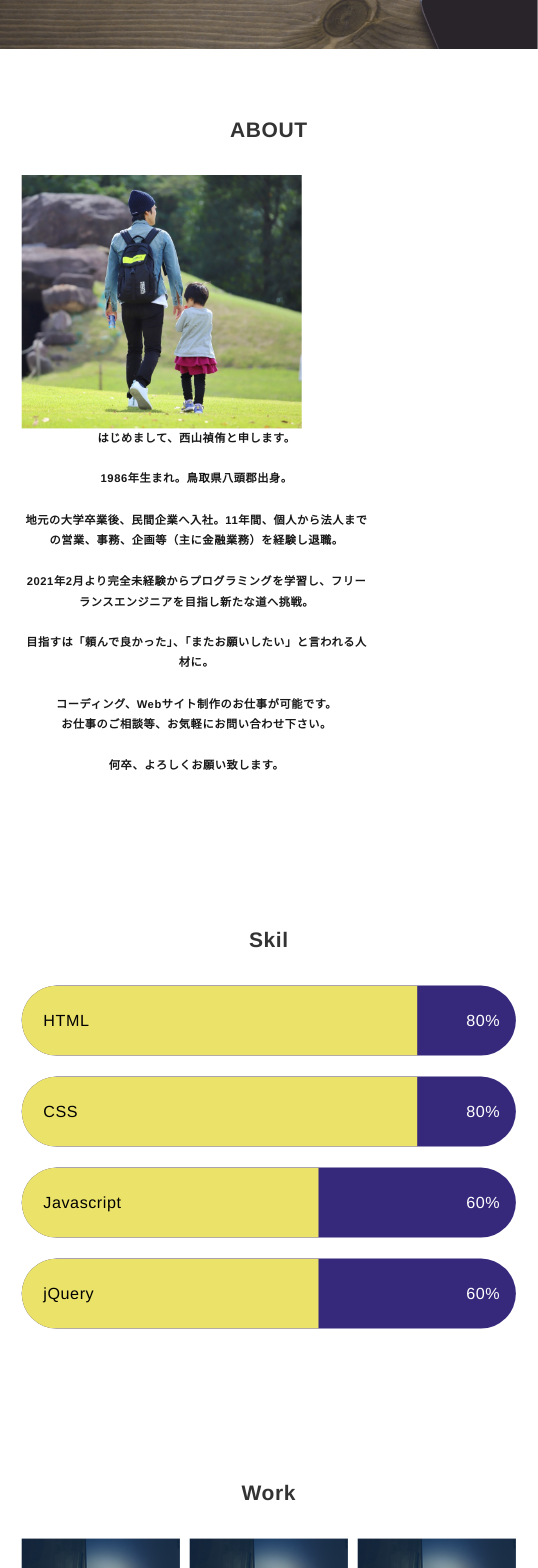
Repository: sadayuki15/portfolio
Page: index.html
An editor plug-in stored every save of this project. The page is shown before and after a run of saves, followed by the edit.
The browser window is 768 px wide. The pictures show the part of the page from y = 730 to 2970 px (the page is 4125 px tall before and 4402 px after), at 70% of full size.

Above is the page before, as saved 2021-04-26 14:28:52.

### index.html
<!DOCTYPE html>
<html lang="ja">
<head>
  <meta charset="UTF-8">
  <meta http-equiv="X-UA-Compatible" content="IE=edge">
  <meta name="viewport" content="width=device-width, initial-scale=1.0">
  <link rel="stylesheet" href="./css/reset.css">
  <link rel="stylesheet" href="./css/style.css">
  <title>Document</title>
</head>
<body>
  <!-- header -->
  <header class="header">
    <div class="header-inner">
      <h1 class="header-title">PortFolio</h1>
      <nav class="header-nav">
        <ul class="nav-list">
          <li class="nav-item"><a href="#">Home</a></li>
          <li class="nav-item"><a href="#">About</a></li>
          <li class="nav-item"><a href="#">Skil</a></li>
          <li class="nav-item"><a href="#">Work</a></li>
          <li class="nav-item"><a href="#">Contact</a></li>
        </ul>
      </nav>
      <button id="burger-btn">
        <span class="bar bar_top"></span>
        <span class="bar bar_mid"></span>
        <span class="bar bar_bottom"></span>
      </button>
    </div>
  </header>
  <!-- //header -->

  <main>
  <!-- fv -->
  <div class="fv">
    <div class="main-copy">
      <p class="main-title">
        SADAYUKI<br>
        NISIYAMA
      </p>
    </div>
  </div>
  <!-- //fv -->

  <!-- About -->
  <div class="section-wrapper">
    <h2 class="section-title">ABOUT</h2>
    <div class="section-inner about">
      <div class="about-img-wrapper">
        <img calss="ab-img" src="./img/about3.jpg" alt="">
      </div>
      <div class="about-contents">
        <p class="about-text">
          はじめまして、西山禎侑と申します。
        </p>
        <p class="about-text">
          1986年生まれ。鳥取県八頭郡出身。
        </p>
        <p class="about-text">
          地元の大学卒業後、民間企業へ入社。11年間、個人から法人までの営業、事務、企画等（主に金融業務）を経験し退職。
        </p>
        <p class="about-text">
          2021年2月より完全未経験からプログラミングを学習し、フリーランスエンジニアを目指し新たな道へ挑戦。
        </p>
        <p class="about-text">
          目指すは「頼んで良かった」、「またお願いしたい」と言われる人材に。
        </p>
        <p class="about-text">
          コーディング、Webサイト制作のお仕事が可能です。<br>
          お仕事のご相談等、お気軽にお問い合わせ下さい。
        </p>
        <p class="about-text">
          何卒、よろしくお願い致します。
        </p>
      </div>
    </div>
  </div>
  <!-- //About -->

  <!-- skil -->
  <div class="section-wrapper">
    <h2 class="section-title">Skil</h2>
    <div class="section-inner">
      <div class="chart">
        <div id="board">
          <div class="row">
            <span class="label">HTML</span>
            <div class="bar-wrap">
              <div class="bar" data-value="80"></div>
            </div>
            <span class="number">80%</span>
          </div><!-- row -->
          <div class="row">
            <span class="label">CSS</span>
            <div class="bar-wrap">
              <div class="bar" data-value="80"></div>
            </div>
            <span class="number">80%</span>
          </div><!-- row -->
          <div class="row">
            <span class="label">Javascript</span>
            <div class="bar-wrap">
              <div class="bar" data-value="60"></div>
            </div>
            <span class="number">60%</span>
          </div><!-- row -->
          <div class="row">
            <span class="label">jQuery</span>
            <div class="bar-wrap">
              <div class="bar" data-value="60"></div>
            </div>
            <span class="number">60%</span>
          </div><!-- row -->
        </div><!-- board -->
      </div><!-- chart -->
    </div>
  </div>
  <!-- //skil -->

  <!-- works -->
  <div class="section-wrapper">
    <h2 class="section-title">Work</h2>
    <div class="section-inner">
      <ul class="work-list">
        <li class="work-item">
          <a href="">
            <div class="work-img">
              <img src="./img/top2.jpg" alt="">
            </div>
            <p class="work-text">テキストが入ります。テキストが入ります。テキストが入ります。</p>
          </a>
        </li>
        <li class="work-item">
          <a href="">
            <div class="work-img">
              <img src="./img/top2.jpg" alt="">
            </div>
            <p class="work-text">テキストが入ります。テキストが入ります。テキストが入ります。テキストが入ります。</p>
          </a>
        </li>
        <li class="work-item">
          <a href="">
            <div class="work-img">
              <img src="./img/top2.jpg" alt="">
            </div>
            <p class="work-text">テキストが入ります。テキストが入ります。テキストが入ります。テキストが入ります。テキストが入ります。</p>
          </a>
        </li>
      </ul>
    </div>
  </div>
  <!-- //works -->

  <!-- contact -->
  <div class="section-wrapper">
    <h2 class="section-title">Contact</h2>
    <div class="section-inner">
      <form action="https://docs.google.com/forms/u/0/d/e/1FAIpQLSfCjsqzzj8C34UUE0Mi2WnerATBCsd4cWR83YcoPwhWItEpFQ/formResponse">
        <ul class="contact-list">
          <li class="contact-item">
            <label for="name" class="contact-label">お名前</label>
          </li>
          <li class="contact-item">
            <input id="name" class="input-text" type="text" name="entry.32834570" placeholder="制作太郎">
          </li>
        </ul>
        <ul class="contact-list">
          <li class="contact-item">
            <label for="name" class="contact-label">フリガナ</label>
          </li>
          <li class="contact-item">
            <input id="name" class="input-text" type="text" name="entry.382189680" placeholder="フリガナ">
          </li>
        </ul>
        <ul class="contact-list">
          <li class="contact-item">
            <label for="email" class="contact-label">メールアドレス</label>
          </li>
          <li class="contact-item">
            <input id="email" class="input-text" type="text" name="entry.303714741" placeholder="example@mail.co.jp">
          </li>
        </ul>
        <ul class="contact-list">
          <li class="contact-item">
            <label for="msg" class="contact-label">お問い合わせ内容</label>
          </li>
          <li class="contact-item">
            <textarea id="msg" name="entry.1496098719" placeholder="お気軽にお問い合わせください。"></textarea>
          </li>
        </ul>
        <div class="contact-btn">
          <button class="submit-btn" type="submit" name="button" value="送信">送信する</button>
        </div>
      </form>
    </div>
  </div>
  <!-- //contact -->







  </main>



  <script src="jquery-3.6.0.min.js"></script>
  <script src="index.js"></script>
</body>
</html>

### css/style.css
html {
  font-size: 62.5%;
}
body {
  font-size: 1.6rem;
  letter-spacing: .05em;
  color: #171717;
  font-family: Helvetica, '游ゴシック', 'Yu Gothic', YuGothic, HiraKakuProN-W3, 'メイリオ', Meiryo, sans-serif;
}
ul {
  text-decoration: none;
}
li {
  list-style: none;
}
a {
  text-decoration: none;
}
img {
  width: 100%;
  vertical-align: bottom;
}
/*-------共通-------*/
.section-wrapper {
  padding: 100px 0 100px;
  margin-bottom: 50px;
}
.section-title{
  max-width: 1000px;
  color: #333;
  font-size: 6rem;
  margin: 0 auto 80px;
  padding: 0 30px;
  text-align: center;
}
.section-inner {
  max-width: 1000px;
  margin: 0 auto;
  padding: 0 50px;
}


/*-------header-------*/
.header {
  width: 100%;
  padding: 19px 30px;
  position: absolute;
  top: 0;
  left: 0;
  z-index: 1;
  transition: .3s;
  color: #fff;
  box-sizing: border-box;
}
.header-inner {
  max-width: 1200px;
  margin: 0 auto;
  display: flex;
  justify-content: space-between;
  align-items: center;
  box-sizing: border-box;
}
.header-title {
  font-size: 2.6rem;
}
.nav-list {
  display: flex;
}
.nav-item a {
  display: block;
  color: #fff;
  font-weight: bold;
  text-decoration: none;
  transition: .3s;
}
.nav-item {
  margin-right: 30px;
}
.nav-item:last-of-type {
  margin-right: 0;
}
.nav-item a:hover {
  opacity: .7;
  transition: .3s;
  text-decoration: 3px underline;
}
#burger-btn {
  display: none;
}

/*-------fv-------*/
.fv {
  width: 100%;
  height: 100vh;
  min-height: 550px;
  background-image: url(../img/fv-top.jpg);
  background-size: cover;
  background-position: center;
  /* position: relative; */
}
.main-copy {
  position: absolute;
  bottom: 19%;
  left: 8.3%;
  color: #fff;
  font-weight: bold;
}
.main-title{
  font-size: 10vw;
  text-align: center;
}

.about{
  display: flex;
  justify-content: space-between;
}
.about-img-wrapper {
  max-width: 400px;
  margin-right: 20px;
}
.ab-img {
  width: 100%;
}
.about-text {
  max-width: 500px;
  margin-bottom: 30px;
  line-height: 1.8;
  font-weight: bold;
}

/*-------skil-------*/
.content {
  width: 100%;
  height: 200px;
  line-height: 200px;
  text-align: center;
}
.chart {
  max-width: 1000px;
  margin: 0 auto;
}
.chart .row {
  position: relative;
  height: 100px;
  margin-bottom: 25px;
}
.chart .row span {
  color: #000;
  font-size: 1.8rem;
}
.chart .row span.label {
  position: absolute;
  top: 35px;
  left: 3%;
  padding-left: 10px;
  text-align: left;
  line-height: 30px;
  z-index: 10;
}
.chart .row .bar-wrap {
  position: relative;
  background: #36297c;
  width: 100%;
  height: 100%;
  overflow: hidden;
  border-radius: 50px;
}
.chart .row .bar-wrap .bar {
  position: absolute;
  top: 0;
  left: 0;
  height: 100%;
  background: #ebe26a;
  transition: all 1s;
  transform: translateX(-100%);
}
.chart .row .bar-wrap .bar.no {
  transform: translateX(0%);
}
.chart .row span.number {
  position: absolute;
  top: 35px;
  right: 3%;
  width: 40px;
  padding-right: 10px;
  text-align: right;
  line-height: 28px;
  z-index: 10;
  color: #fff;
}

/*-------work-------*/
.work-list {
  max-width: 1000px;
  margin: 0 auto;
  display: flex;
  justify-content: space-between;
}
.work-item {
  width: 32%;
}
.work-item a {
  color: #333;
}
.work-text {
  padding: 25px 20px;
}

/*-------contact-------*/
.contact-list {
  max-width: 700px;
  margin: 0 auto 30px;
  padding: 0 50px;
}
.contact-item {
  margin-bottom: 5px;
}
.contact-item:last-of-type {
  margin-bottom: 0;
}
.contact-label {
  display: block;
  font-weight: bold;
  font-size: 20px;
  padding: 0 8px;
}
input,textarea {
  resize: none;
  appearance: none;
  -webkit-appearance: none;
  outline: none;
  border: 3px solid #333;
  width: 100%;
  color: #333;
  box-sizing: border-box;
  border-radius: 10px;
  font-size: 20px;
}
.input-text {
  padding: 0 8px;
  line-height: 35px;
}
.input-text:focus {
  background-color: #eaf6fd;
}
textarea {
  height: 150px;
  padding: 0 8px;
  line-height: 30px;
}
textarea:focus {
  background-color: #eaf6fd;
}
.contact-btn {
  text-align: center;
  max-width: 700px;
  margin: 0 auto;
}
button {
  background-color: transparent;
  border: none;
  cursor: pointer;
  outline: none;
  padding: 0;
  appearance: none;
}
.submit-btn {
  display: block;
  width: 235px;
  line-height: 60px;
  margin: 0 auto;
  background-color: #d61010;
  box-shadow: 0 0 6px #1B1310;
  border-radius: 30px;
  text-align: center;
  color: #171717;
  font-weight: bold;
  transition: .3s;
  border: none;
  font-size: 20px;
}
.submit-btn:hover {
  opacity: .9;
  transition: .3s;
  cursor: pointer;
}

/*-------media-------*/
@media screen and (min-width: 1000px) {
  .chart .row {
    margin-bottom: 30px;
  }
  .chart .row span {
    color: #000;
    font-size: 3rem;
  }
}

@media screen and (max-width: 1000px) {
  .chart .row {
    margin-bottom: 30px;
  }
  .chart .row span {
    color: #000;
    font-size: 3vw;
  }
}

@media screen and (max-width:768px) {
  /*-------- base_sp -------*/
  .section-wrapper {
    padding: 100px 0 40px;
  }
  .section-title {
    padding: 0 4vw;
    font-size: 3rem;
    margin-bottom: 50px;
  }
  .section-title:after {
    width: 90px;
  }
  .section-inner {
    padding: 0 4vw;
  }

  /*-------- header -------*/
  .header-nav {
    position: fixed;
    top: -110%;
    left: 0;
    right: 0;
    width: 100%;
    height: 100vh;
    background: rgba(0,0,0,0.9);
    color: #ffffff;
    display: flex;
    align-items: center;
    justify-content: center;

    /* 上からスライド */
    transition: top 0.5s;
  }
  .nav-list {
    display: block;
  }
  .nav-item {
    margin-bottom: 20px;
  }

#burger-btn .bar {
  display: block;
  background-color: #fff;
  width: 30px;
  height: 3px;
  transition: .3s;
}
.bar_top,
.bar_mid {
  margin-bottom: 8px;
}

#burger-btn.cross .bar_top {
  transform: rotate(45deg) translate(8px,8px);
  transition: .3s;
}
#burger-btn.cross .bar_mid {
  opacity: 0;
  transition: .3s;
}
#burger-btn.cross .bar_bottom {
  transform: rotate(-45deg) translate(8px,-8px);
  transition: .3s;
}
body.noscroll {
  overflow: hidden;
}

/* ナビゲーションボタン（開く） */
#burger-btn{
  display: block;
  top: 15px;
  padding: 0;
  outline: none;
  border: none;
  background: none;
  width: 30px;
  height: 20px;
  cursor: pointer;
}
.open .header-nav{
  top: 0;
}
.open #burger-btn{
  z-index: 100;
}

/*-------- fv -------*/
.main-copy {
  top: 60%;
  left: 50%;
  transform: translate(-60%,-50%);
}
.main-title {
  font-size: 11vw;
  white-space: nowrap;
}

/*-------- fv -------*/
.about {
  display: block;
}
.about-img-wrapper {
  width: 100%;
  margin-right: 0;
}
.about-text {
  text-align: center;
}

}

### index.js
function generateChart(wrapper) {
  let values = [];

  $(wrapper + ' .bar').each(function(index, el) {
    values.push($(this).data('value'));
  });

  $(wrapper + ' .bar').each(function(index, el) {
    let bar = $(this);
    let value = bar.data('value');

    bar.width(value + '%');

    let board = $('#board');
    let boardO = board.offset().top;
    let boardH = board.height();
    let windowH = $(window).height();
    let windowS = $(window).scrollTop();

    if(windowS > boardO - windowH + (windowH / 2) && windowS < boardO + boardH - (boardH / 2)){
      bar.addClass('no');
    }
  });
}

$(window).on('scroll', function(event) {
  generateChart('#board');
});

document.getElementById("burger-btn").onclick = function(){
  document.querySelector('html').classList.toggle('open');
  $(this).toggleClass('cross');
  $('body').toggleClass('noscroll');
}

Loaded but not shown: css/reset.css (common file); jquery-3.6.0.min.js (library)

After the next 2 saves:
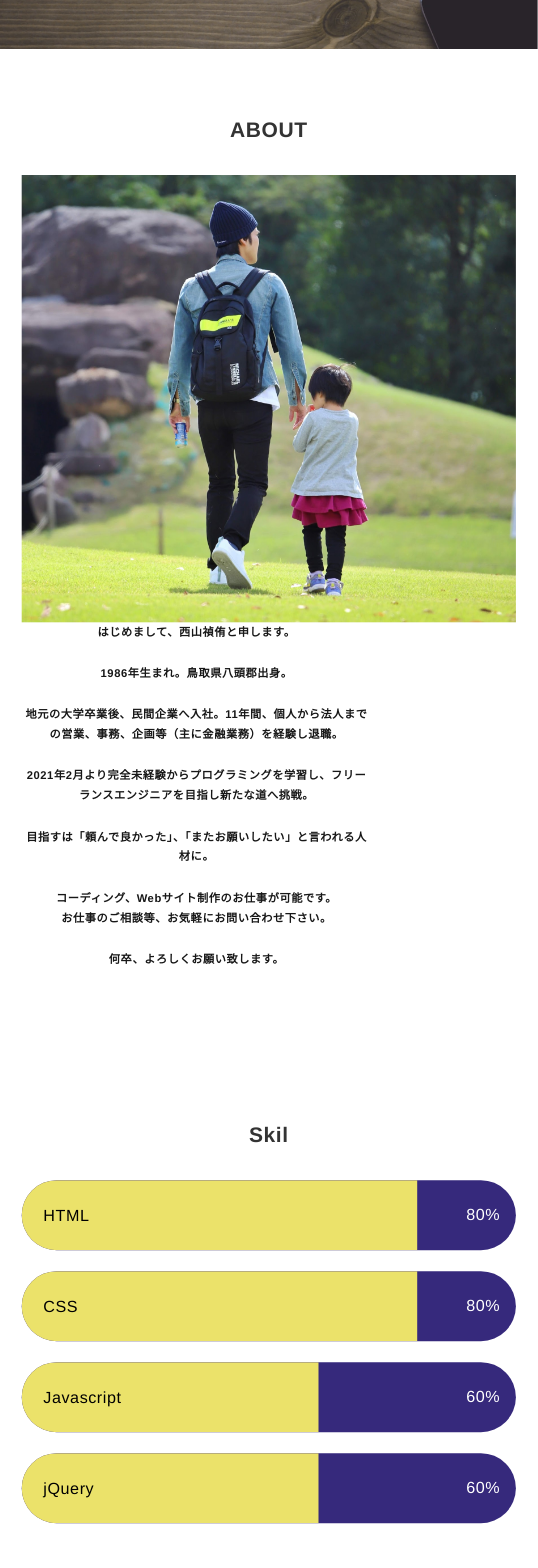
The 2 saves are shown as one change because they came seconds apart.
The last was saved 13 min 6 s later.
--- a/css/style.css
+++ b/css/style.css
@@ -410,7 +410,7 @@ body.noscroll {
   display: block;
 }
 .about-img-wrapper {
-  width: 100%;
+  max-width: 100%;
   margin-right: 0;
 }
 .about-text {
